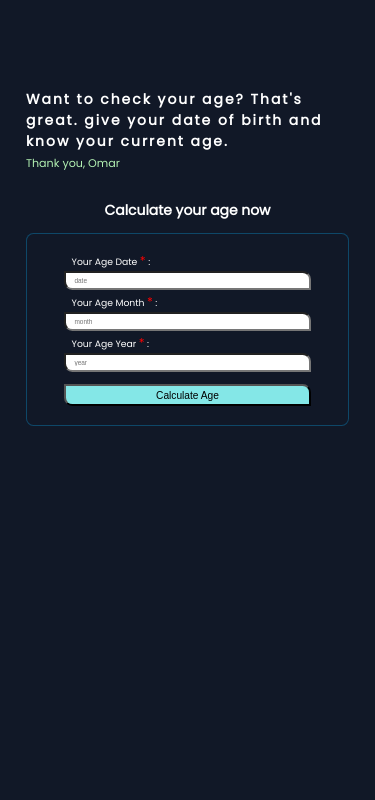
Repository: omarpervezz/age-calculator
Page: index.html
An editor plug-in stored every save of this project. The page is shown before and after the next save, followed by the edit.
The browser window is 375 px wide. The pictures show the whole page.
Some web fonts or font styles are not loaded; a fallback is used.

Above is the page before, as saved 2022-08-13 01:05:14.

After the next save:
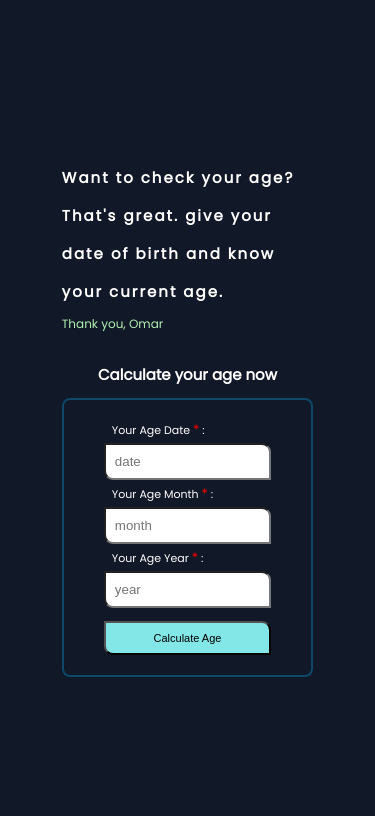
Saved 11 s later.
--- a/style.css
+++ b/style.css
@@ -137,29 +137,3 @@ h2{
   color: #4febf3;
   font-weight: normal;
 }
-
-@media only screen and (max-width: 400px) {
-  html{
-    font-size: 58%;
-  }
-  body{
-    height: 60vh;
-  }
-  h1{
-    line-height: initial;
-  }
-  .container{
-    max-width: calc(var(--width) - 10%);
-  }
-  .box input{
-    padding: .4rem .9rem;
-    font-size: .7rem;
-  }
-  .submit_ button{
-    padding: 0.4rem 0.9rem;
-  }
-  .box label {
-    font-size: 1rem;
-    margin-bottom: 0.1rem;
-}
-}
